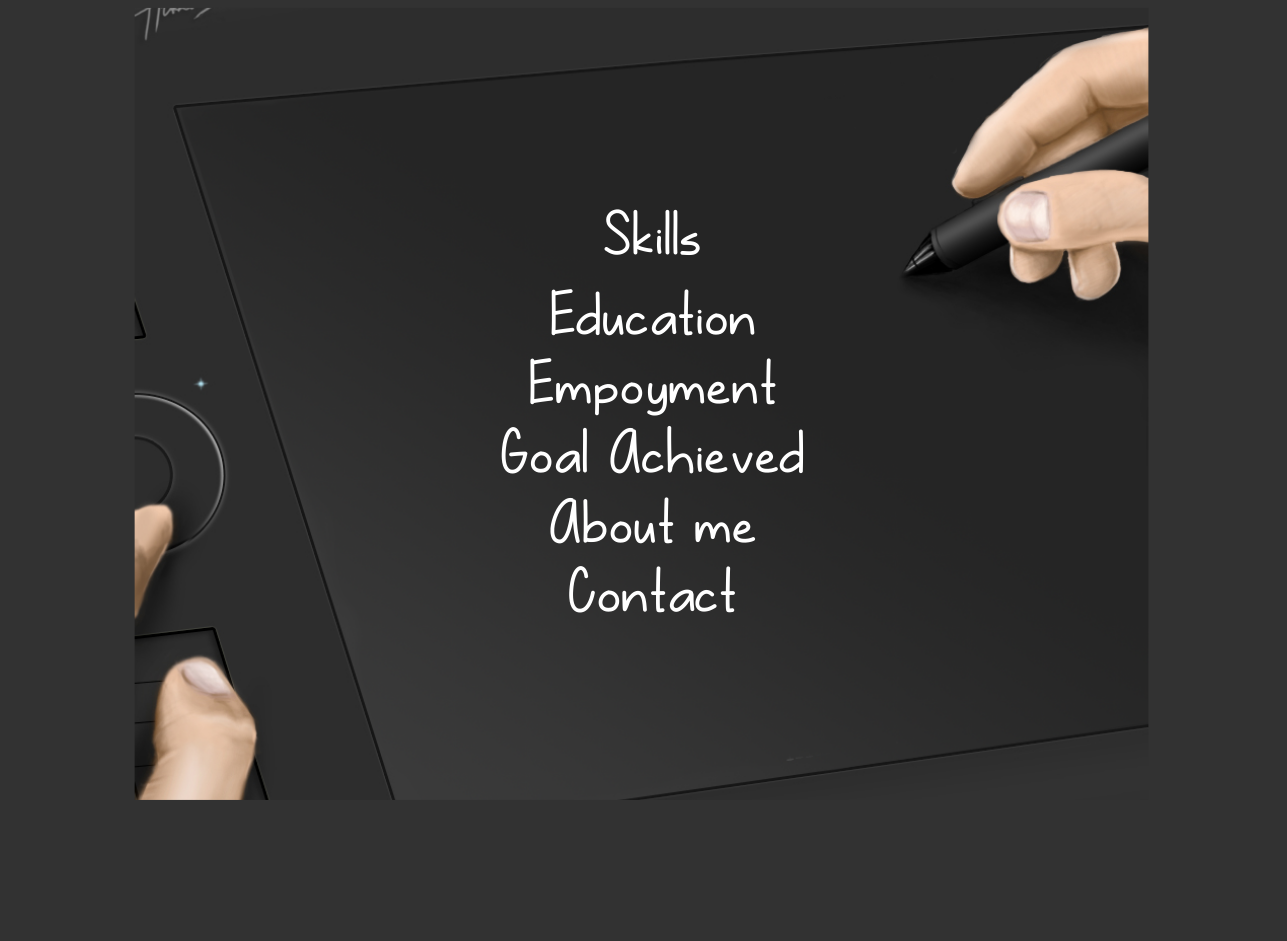
Repository: nikichanko/cv
Page: index.html
The author's editor kept a copy of each file at every save. The page is drawn from the files as they stood at one save, then again after a run of saves.
The browser window is 1280 px wide. The page is 1300 px wide, so the pictures cover 1300 px, including what lies to the right of the window. The pictures show the whole page, at 99% of full size.

Above is the page before, as saved 2018-08-08 23:18:53.

### index.html
<!DOCTYPE html>
<html>
  <head>
    <link rel="stylesheet" type="text/css" href="css/styles.css">
    <script src="https://ajax.googleapis.com/ajax/libs/jquery/3.3.1/jquery.min.js"></script>
    <title>Nikolay Nikolov - CV</title>
  </head>
  <body>
    <div class="wrapper">
      <div class="menu">
        <div class="item skills">
          Skills
        </div>
        <div class="content">
          <i class="close"></i>
          <ul>
            <li>Program Languages:</li>
            <ol>ECMAScript 6, JAVA, Swift 4, Objective C</ol>
            <ol>HTML, CSS (LESS and SASS), PHP</ol>

          <li>FrameWorks and Libraries:</li>
          <ol>React Native, JQuery, Ajax, Smarty Template Engine</ol>
          <li>Program and Web Tools: Android Studio, Xcode 9, Note (npm),Apple Connect and Google Console, Photoshop, Illustrator, Sketch,
          <li>Strong Knwoloage in: RESTful API, Responsive and Mobile Design, UX nad UI Design
          <li>Best Practices in: OOP, Test Driven Development, Cross platfrom developing
          <li>Experienace: Publishing and then dealing with reject of apps in both stores
          <li>Other Abiliteies: Digital Drawing with Graphic Tablet
          </ul>
        </div>
        <div class="item education">
          Education
        </div>
        <div class="item empoyment">
          Empoyment
        </div>
        <div class="item goal">
          Goal Achieved
        </div>
        <div class="item about">
          About me
        </div>
        <div class="item contact">
          Contact
        </div>
        <div class="content">
            <i class="close"></i>
            Fill free to leave me a message...
            <script type="text/javascript" src="https://form.jotformeu.com/jsform/82187298762370"></script>
        </div>
      </div>
    </div>
    <script src="js/common.js"></script>
  </body>
</html>

### css/styles.css
@font-face {
  font-family: 'Just Gotta Smile';
  src: url('./fonts/JustGottaSmile.woff2') format('woff2'),
      url('./fonts/JustGottaSmile.woff') format('woff'),
      url('./fonts/JustGottaSmile.ttf') format('truetype');
  font-weight: 500;
  font-style: normal;
}

@font-face {
  font-family: 'Josefin Slab';
  src: url('./fonts/JosefinSlab.woff2') format('woff2'),
      url('./fonts/JosefinSlab.woff') format('woff'),
      url('./fonts/JosefinSlab.ttf') format('truetype');
  font-weight: normal;
  font-style: normal;
}

body {
  background-color: #323232;
  width: 100%;
  font-family: 'Just Gotta Smile';
  color: #fff;
}

.menu {
  left: 20px;
  line-height: 70px;
  margin: 0 auto;
  position: absolute;
  text-align: center;
  width: 100%;
  height: 400px;
  font-size: 64px;
  top: 200px;
}

.item {
  cursor: pointer;
  position: relative;
  left: 50%;
  opacity: 1;
  transform: translateX(-50%) ;
  -ms-transform: translateX(-50%) ; /* IE 9 */
  -webkit-transform: translateX(-50%); /* Safari 3-8 */
  transition: opacity 0.5s ease-in-out;
}

.item.closed {
  opacity: 0;
  height: 0;
  visibility: hidden;
}

.content {
  font-family: 'Josefin Slab';
  padding-top: 10px;
  left: 50px;
  max-width: 600px;
  text-align: left;
  top: 50px;
  width: 60%;
  margin: 0 auto;
  line-height: 40px;
  height: 0;
  opacity: 0;
  font-size: 20px;
  transition: opacity 0.5s ease-in-out;
  position: relative;
  visibility: hidden;
}

.content.open {
  height: auto;
  opacity: 1;
  transition: opacity 0.5s ease-in-out;
  visibility: visible;
}

.item:hover {
  color: #a4cbe6;
}

.wrapper {
  width: 80%;
  max-width: 1300px;
  height: 800px;
  margin: 0 auto;
  background-image: url(../img/cv_bg.png);
  background-repeat: no-repeat;
  background-position: right center;
  background-size: cover;
}

.close {
  position: absolute;
  top: -29px;
  left: -7px;
  width: 32px;
  height: 32px;
  opacity: 0.3;
}
.close:hover {
  opacity: 1;
}
.close:before, .close:after {
  position: absolute;
  left: 15px;
  content: ' ';
  height: 25px;
  width: 2px;
  background-color: #fff;
}
.close:before {
  transform: rotate(45deg);
}
.close:after {
  transform: rotate(-45deg);
}

### js/common.js
$(".item").on('click', function() {
  var _t = this;
  setTimeout(function(){
    $(_t).next('.content').addClass('open');
  },100);
  $('.item').each(function(i, v) {
    if (!$(_t).is(v)) {
      $(v).addClass('closed');
      $(v).next('.content').removeClass('open');
    }
    else {
      $(v).removeClass('closed');
    }
  });
});

$('.close').on('click', function(){
  $('.item').each(function(i, v) {
    setTimeout(function(){
      $(v).removeClass('closed');
    },100);
    $(v).next('.content').removeClass('open');
  });
})

After the next 2 saves:
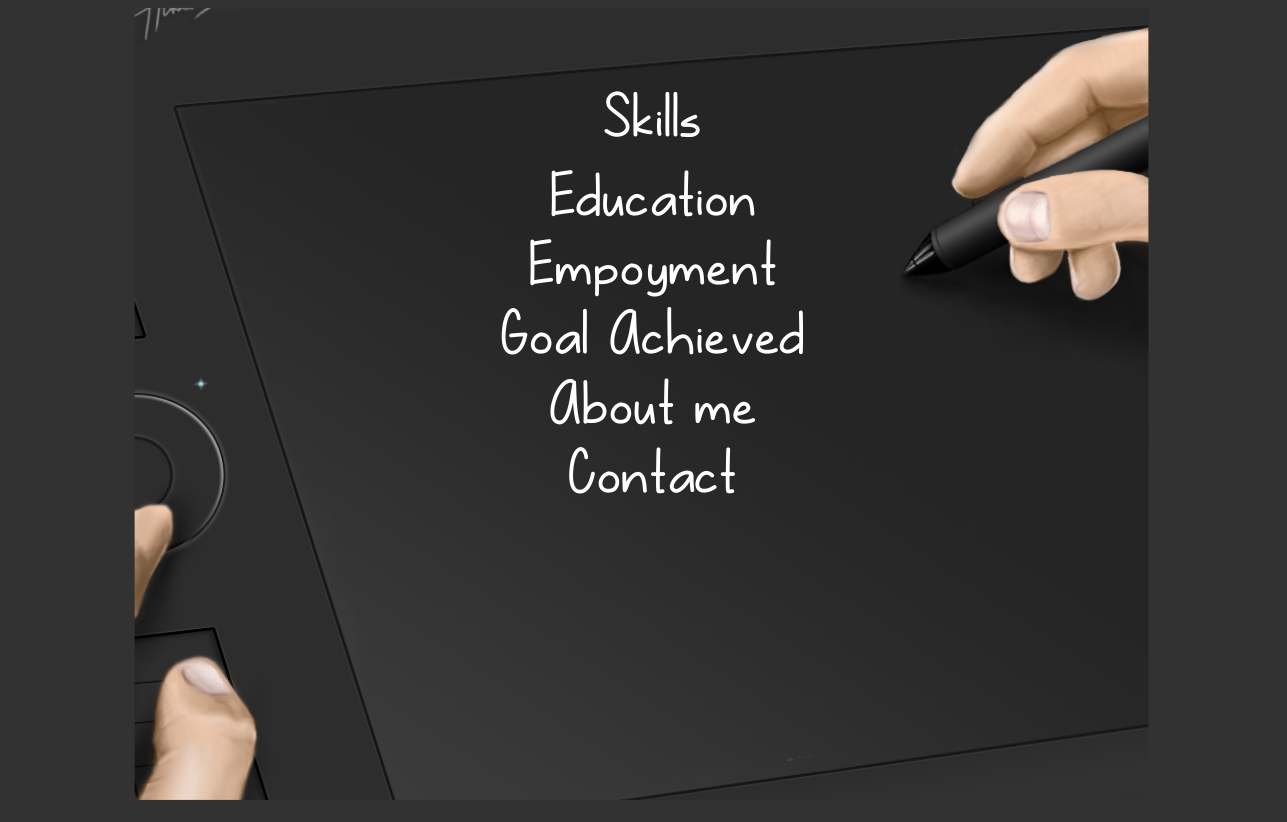
The 2 saves are shown as one change because they came seconds apart.
The last was saved 2 min 21 s later.
--- a/css/styles.css
+++ b/css/styles.css
@@ -32,7 +32,7 @@ body {
   width: 100%;
   height: 400px;
   font-size: 64px;
-  top: 200px;
+  top: 80px;
 }
 
 .item {
